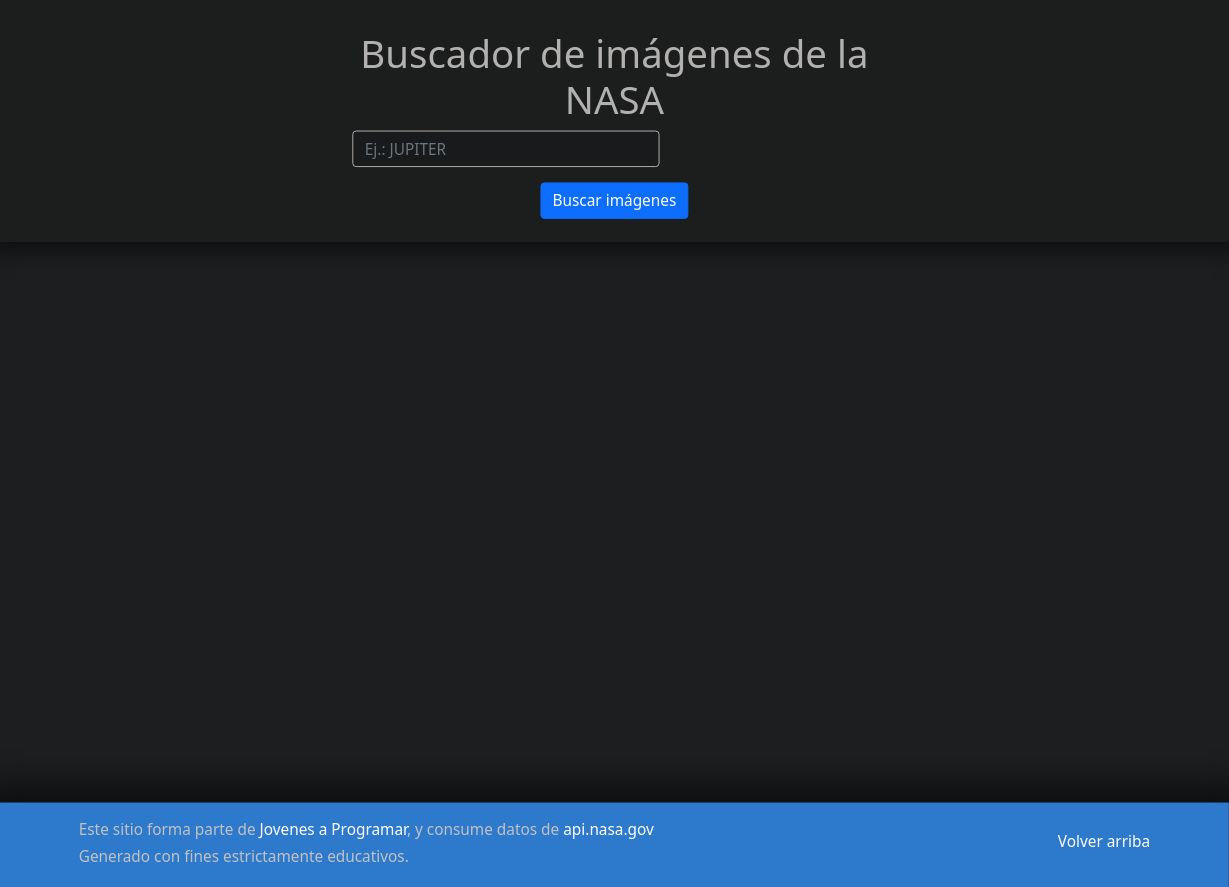
Repository: romancegirl/galaxies
Page: index.html
The author's editor kept a copy of each file at every save. The page is drawn from the files as they stood at one save, then again after the next save.
The browser window is 1280 px wide. The pictures show the whole page, at 96% of full size.

Above is the page before, as saved 2024-11-30 04:33:53.

### index.html
<!doctype html>
<html lang="es">

<head>
  <meta charset="utf-8">
  <meta name="viewport" content="width=device-width, initial-scale=1">
  <title>Buscador de imágenes de la NASA</title>

  <link href="css/bootstrap.min.css" rel="stylesheet">
  <link rel="stylesheet" href="css/style.css">
</head>

<body>

  <header>
    <div id="intro">
      <div class="text-center container">
        <div class="row py-lg-3">
          <div class="col-lg-6 col-md-8 mx-auto" id="beggining">
            <h1 class="fw-light">Buscador de imágenes de la NASA</h1>
            <input type="search" class="form-control" name="buscar" id="inputBuscar" placeholder="Ej.: JUPITER">
            <button class="btn btn-primary my-2" id="btnBuscar">Buscar imágenes</button>
          </div>
        </div>
      </div>
    </div>
  </header>

  <main>
    <div class="container">
      <div id="contenedor">
      </div>
    </div>
  </main>


  <footer class="text-muted py-3">
    <div class="container">
      <p class="float-end mb-1">
        <a href="#">Volver arriba</a>
      </p>
      <p class="mb-1">Este sitio forma parte de <a href="https://jovenesaprogramar.edu.uy/" target="_blank">
          Jovenes a Programar</a>, y consume datos de <a href="https://api.nasa.gov/" target="_blank">
          api.nasa.gov</a></p>
      <p class="mb-1">Generado con fines estrictamente educativos.</p>
    </div>
  </footer>

  <script src="https://cdn.jsdelivr.net/npm/bootstrap@5.3.1/dist/js/bootstrap.bundle.min.js"></script>
  <script src="js/space.js"></script>

</body>

</html>

### css/style.css
body {
    background-color: #1C1E1F;
    color: #B2B1B0;
    display: flex;
    flex-direction: column;
    min-height: 100vh;
}

main {
    min-height: calc(100vh - 160px);
    flex-grow: 1;
}

#intro {
    background-color: #1c1e1f9b;
    padding-top: 1rem;
    position: relative;
    box-shadow: 0 0 20px 10px rgba(0, 0, 0, 0.5);
}


input {
    width: 20rem !important;
    margin-bottom: 1rem;
    align-items: center !important;
    align-items: center !important;
}




input[type="search"] {
    background-color: #181A1B;
    border: 1px solid #B2B1B0;
    color: #B2B1B0;
}

input[type="search"]:focus {
    box-shadow: 0 0 5px #2D79CC;
    background-color: #181A1B;
    border: 1px solid #2D79CC;
    color: #B2B1B0;
}

.form-control {
    margin-bottom: 0.5rem;
}


#contenedor {
    display: flex;
    flex-wrap: wrap;
    justify-content: center;
    gap: 1rem;
    align-items: center;
}

.card {
    width: 22rem;
    height: 500px;
    display: flex;
    flex-direction: column;
    overflow: hidden;
    margin-top: 2rem;
    background-color: #181A1B;
    color: #c3c2c2;
    box-shadow: 0 0 4px 4px #2d7acc66;
}

.card-img-top {
    width: 100%;
    height: 250px;
    object-fit: cover;
}

.card-body {
    height: 250px;
    overflow-y: auto;
    padding: 1rem;
}

.card-text {
    display: -webkit-box;
    -webkit-line-clamp: 3;
    -webkit-box-orient: vertical;
    overflow: hidden;
    transition: all 0.3s ease-in-out;
}

.card-text.more {
    -webkit-line-clamp: 3;
    overflow: hidden;
}

.card-text.full {
    -webkit-line-clamp: unset;
    overflow: visible;
}

#more {
    cursor: pointer;
    color: #007bff;
    text-decoration: none;
    display: block;
    margin-top: 10px;
}



footer {
    background-color: #2D79CC;
    bottom: 0;
    width: 100%;
    margin-top: 1.5rem;
    box-shadow: 0 0 30px 20px rgba(0, 0, 0, 0.5);
}

footer p {
    color: #c3c2c2
}

footer a {
    color: #ffffff;
    text-decoration: none;
}

footer a:hover {
    color: #9b9a9b;
    transform: scale(1.05);
    transition: color 0.3s, text-shadow 0.3s;
}

footer .float-end {
    transform: translateY(50%);
}




@media (max-width: 1200px) {
    .col-lg-6 {
        width: 50%;
    }
}

@media (max-width: 768px) {
    .col-md-4 {
        width: 100%;
    }
}

### js/space.js
// Función para alternar la visibilidad del texto
function toggleDescription(button) {
    const cardBody = button.closest('.card-body');
    const descriptionText = cardBody.querySelector('.card-text');

    // Alternar clases entre "more" y "full" en el texto de la descripción
    if (descriptionText.classList.contains('more')) {
        descriptionText.classList.remove('more');
        descriptionText.classList.add('full');
        button.textContent = 'Ver menos'; // Cambiar el texto del botón
    } else {
        descriptionText.classList.remove('full');
        descriptionText.classList.add('more');
        button.textContent = 'Ver más'; // Cambiar el texto del botón
    }
}

// Asegúrate de que el evento de clic esté correctamente asignado en el HTML generado
const inputBuscar = document.getElementById('inputBuscar');
const btnBuscar = document.getElementById('btnBuscar');
const contenedor = document.getElementById('contenedor');

const searchNASAImages = async () => {
    const query = inputBuscar.value.trim();

    if (!query) {
        alert('Por favor, ingresa un término de búsqueda.');
        return;
    }

    const nasaAPI = `https://images-api.nasa.gov/search?q=${query}`;

    try {
        const response = await fetch(nasaAPI);
        const data = await response.json();

        const items = data.collection.items;
        if (!items || items.length === 0) {
            contenedor.innerHTML = `
            <h3><strong>No hemos encontrado información relacionada a "${query}".</strong></h3>`;
            return;
        }

        contenedor.innerHTML = '';

        const row = document.createElement('div');
        row.className = 'row';

        items.forEach((item) => {
            const { title, description, date_created } = item.data[0];
            const imageUrl = item.links?.[0]?.href || 'https://via.placeholder.com/150';

            // Crear la tarjeta
            const card = document.createElement('div');
            card.className = 'col-12 col-md-4 mb-6';

            // Contenido de la tarjeta
            card.innerHTML = `
                <div class="card">
                    <img src="${imageUrl}" class="card-img-top" alt="${title}">
                    <div class="card-body">
                        <h5 class="card-title">${title}</h5>
                        <p class="card-text more">${description || 'Descripción no disponible.'}</p>
                        <!-- Aquí controlamos la visibilidad del botón -->
                        ${description && description.length > 200 ? '<p class="card-text" id="more" onclick="toggleDescription(this)">Ver más</p>' : ''}
                        <p class="card-text"><small class="text-muted">Fecha: ${new Date(date_created).toLocaleDateString()}</small></p>
                    </div>
                </div>
            `;

            const descriptionText = card.querySelector('.card-text');
            const moreButton = card.querySelector('#more');
            if (!description || description.length <= 200) {
                if (moreButton) {
                    moreButton.style.display = 'none';
                }
                descriptionText.classList.add('full');
            }

            row.appendChild(card);
        });

        contenedor.appendChild(row);
    } catch (error) {
        console.error('Error al obtener datos:', error);
        contenedor.innerHTML = `<p class="text-center text-danger">Ocurrió un error al obtener los datos.</p>`;
    }
};

btnBuscar.addEventListener('click', searchNASAImages);
inputBuscar.addEventListener('keydown', (event) => {
    if (event.key === 'Enter') {
        event.preventDefault();
        searchNASAImages();
    }
});

Loaded but not shown: css/bootstrap.min.css (library)

After the next save:
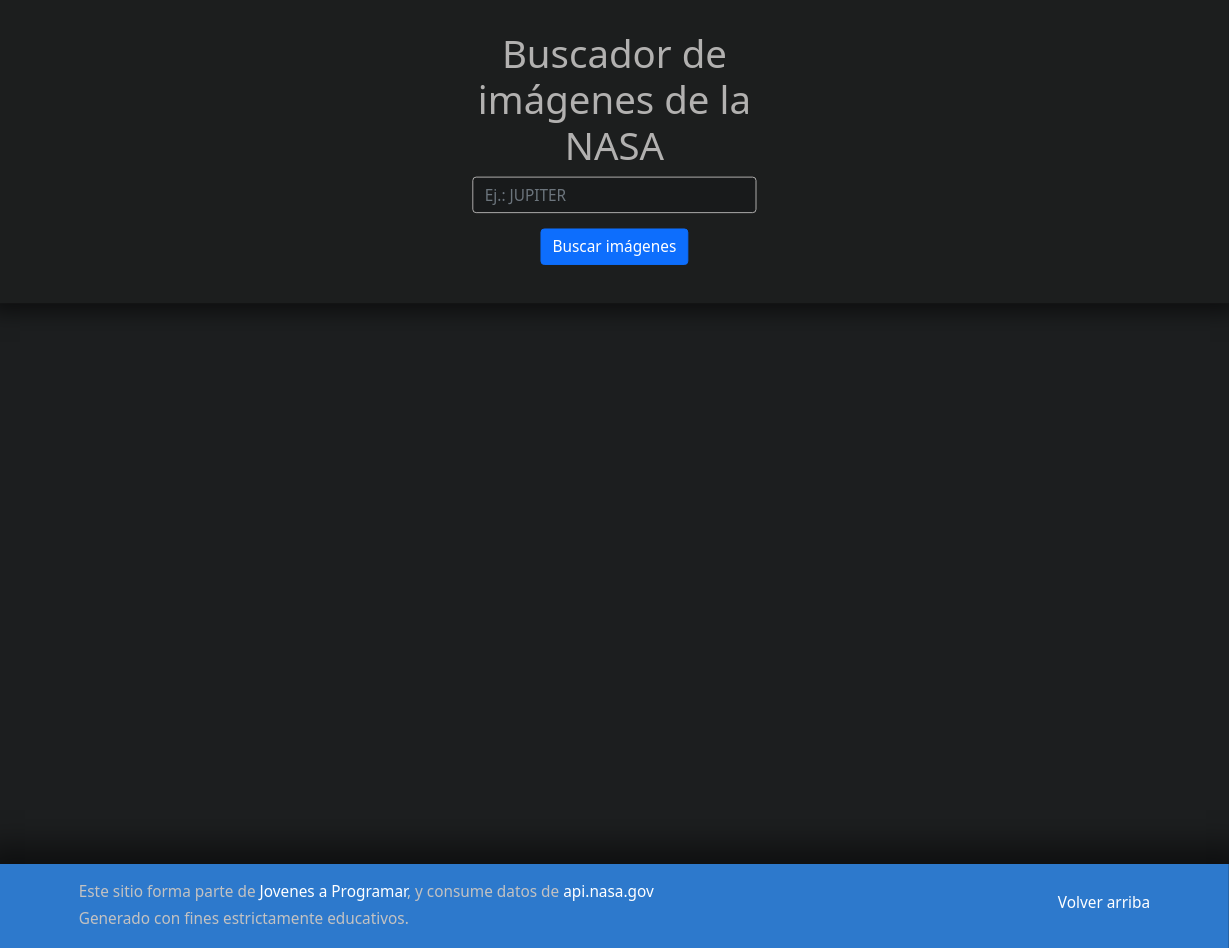
Saved 9 s later.
--- a/css/style.css
+++ b/css/style.css
@@ -19,7 +19,7 @@ main {
 }
 
 
-input {
+#beggining {
     width: 20rem !important;
     margin-bottom: 1rem;
     align-items: center !important;
